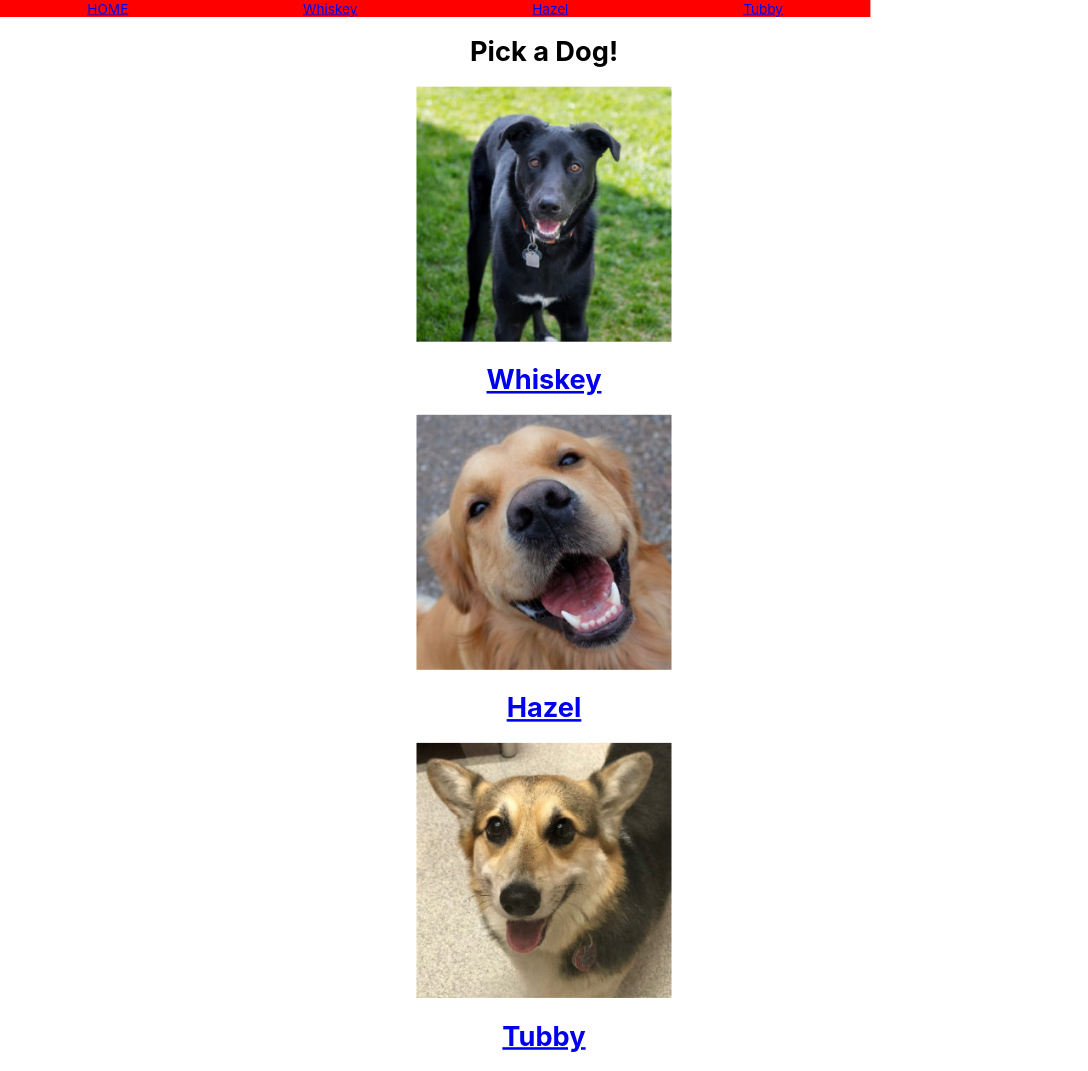
Repository: johnmutina/dog-finder
Page: /dogs
The author's editor kept a copy of each file at every save. The page is drawn from the files as they stood at one save, then again after a run of saves.
The browser window is 1280 px wide. The pictures show the whole page, at 85% of full size.
The project was rebuilt for these pictures with package versions that can differ from the ones it lists, and the page was loaded fresh each time. Also part of the build but not shown: src/Dog.js.

Above is the page before, as saved 2019-07-28 15:01:52.

### src/App.js
import React, { Component } from "react";
import { Switch, Route, NavLink, Redirect } from "react-router-dom";
import DogFinder from "./DogFinder";
import Dog from "./Dog";
import "./App.css";

// Import all images in image folder
function importAll(r) {
  let images = {};
  r.keys().map((item, index) => {
    images[item.replace("./", "")] = r(item);
  });
  return images;
}

const images = importAll(
  require.context("./assets", false, /\.(gif|jpe?g|svg)$/)
);

class App extends Component {
  static defaultProps = {
    dogs: [
      {
        name: "Whiskey",
        age: 5,
        src: images["whiskey.jpg"],
        facts: [
          "Whiskey loves eating popcorn.",
          "Whiskey is a terrible guard dog.",
          "Whiskey wants to cuddle with you!"
        ]
      },
      {
        name: "Hazel",
        age: 3,
        src: images["hazel.jpg"],
        facts: [
          "Hazel has soooo much energy!",
          "Hazel is highly intelligent.",
          "Hazel loves people more than dogs."
        ]
      },
      {
        name: "Tubby",
        age: 4,
        src: images["tubby.jpg"],
        facts: [
          "Tubby is not the brightest dog",
          "Tubby does not like walks or exercise.",
          "Tubby loves eating food."
        ]
      }
    ]
  };

  render() {
    return (
      <div className="App">
        {/* NAVBAR */}
        <div className="App-navbar">
          <NavLink to="/dogs" activeClassName="App-active-navlink">
            HOME
          </NavLink>
          {this.props.dogs.map(dog => (
            <NavLink
              key={dog.name}
              to={`/dogs/${dog.name}`}
              activeClassName="App-active-navlink"
            >
              {dog.name}
            </NavLink>
          ))}
        </div>

        {/* ROUTES SETUP */}

        <Switch>
          <Route
            exact
            path="/dogs"
            render={routeProps => (
              <DogFinder dogs={this.props.dogs} {...routeProps} />
            )}
          />
          <Route
            exact
            path="/dogs/:name"
            render={routeProps => (
              <Dog
                {...this.props.dogs.filter(
                  dog => dog.name == routeProps.match.params.name
                )[0]}
                {...routeProps}
              />
            )}
          />
          <Route render={() => <Redirect to="/dogs" />} />
        </Switch>
      </div>
    );
  }
}

export default App;

### src/DogFinder.js
import React, { Component } from "react";
import { Link } from "react-router-dom";
import Dog from "./Dog";

class DogFinder extends Component {
  render() {
    return (
      <div className="DogFinder">
        <h1>Pick a Dog!</h1>
        {this.props.dogs.map(dog => (
          <Link to={`/dogs/${dog.name}`}>
            <div className="DogFinder-container">
              <img src={dog.src} alt={dog.name} />
              <h1>{dog.name}</h1>
            </div>
          </Link>
        ))}
      </div>
    );
  }
}

export default DogFinder;

### src/App.css
.App {
  text-align: center;
}
.App-navbar {
  display: flex;
  justify-content: space-around;
  width: 80%;
  background-color: red;
}

Loaded but not shown: public/index.html (common file); src/index.js (common file); src/index.css (common file); src/serviceWorker.js (common file)

After the next 2 saves:
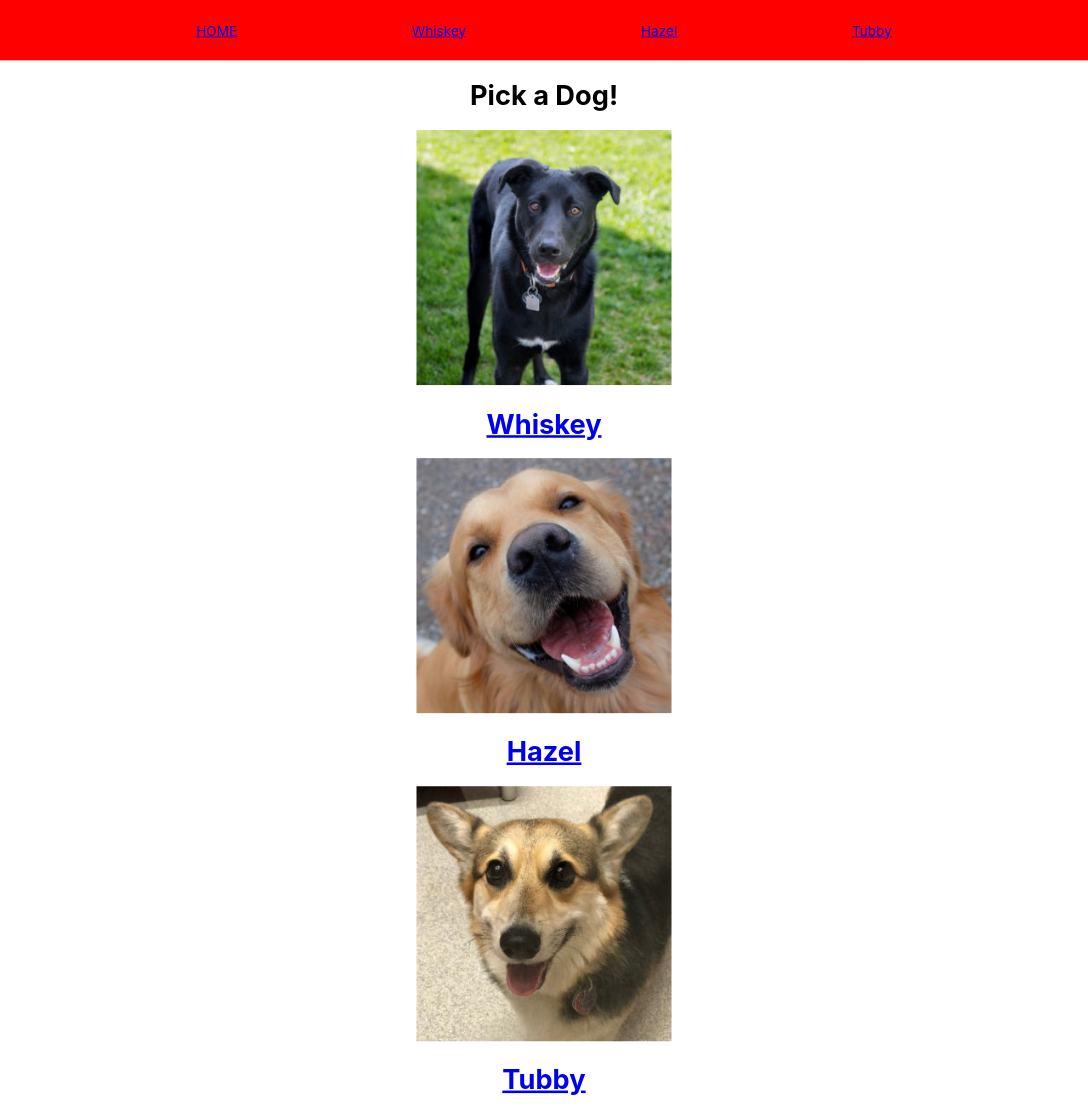
The 2 saves are shown as one change because they came seconds apart.
The last was saved 17 s later.
--- a/src/App.css
+++ b/src/App.css
@@ -4,6 +4,6 @@
 .App-navbar {
   display: flex;
   justify-content: space-around;
-  width: 80%;
+  padding: 2% 10%;
   background-color: red;
 }
